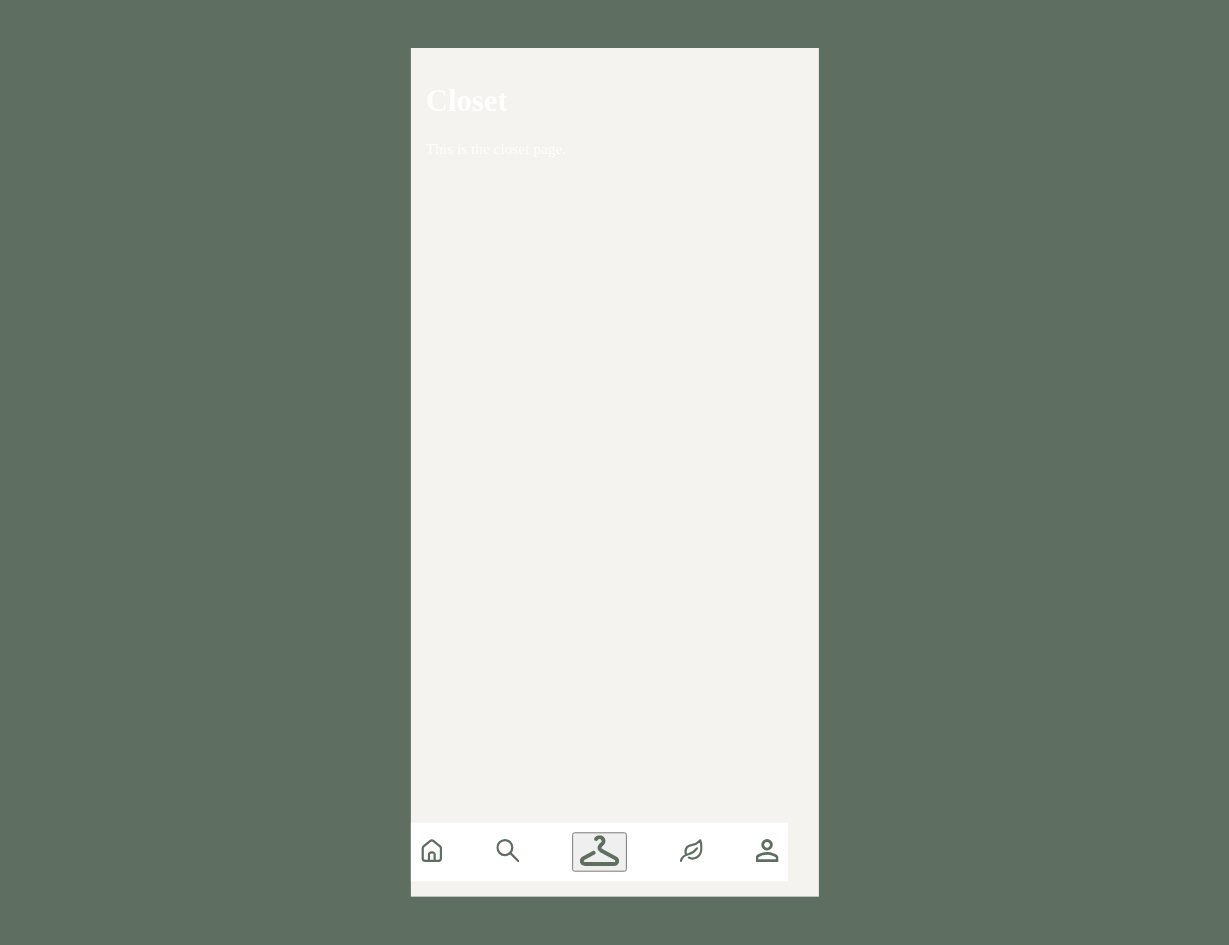
Repository: Strawb3rryjam/app-slotion
Page: /closet
These files come from the project's save history. The page is drawn as it stood at one moment and after the next save; the edit follows.
The browser window is 1280 px wide. The pictures show the whole page, at 96% of full size.
The project was rebuilt for these pictures with package versions that can differ from the ones it lists, and the page was loaded fresh each time. Also part of the build but not shown: vite.config.js, src/App.css, src/css/closetPageButton.module.css. Imported but missing from the stored project, and not drawn on this page: src/pages/Home.

Above is the page before, as saved 2025-05-07 13:15:45.

### src/main.jsx
import { StrictMode } from 'react'
import { createRoot } from 'react-dom/client'
import './index.css'

import { BrowserRouter } from 'react-router-dom'
import App from './App.jsx'

createRoot(document.getElementById('root')).render(
  <StrictMode>
    <BrowserRouter>
      <App />
    </BrowserRouter>
  </StrictMode>
)

### src/index.css
:root {
  color: rgba(255, 255, 255, 0.87);
}

body {
  width: 393px;
  min-height: 852px;
  padding: 16px;
  margin: 0 auto;
  margin-top: 50px;
  margin-bottom: 50px;
  background-color: #F5F3EF;
  position: relative;

}

html {
  background-color: #5E6F62;
}

### src/App.jsx
import './App.css'
import Home from './pages/Home'
import Closet from './pages/Closet'
import {Routes, Route} from 'react-router-dom'
import NavBar from './components/NavBar'


function App() {
  return (
    <div>
      <NavBar />
      <main className = "main-content">
        <Routes>
          <Route path = "/" element = {<Home />} />
          <Route path = "/closet" element = {<Closet />} />

        </Routes>
      </main>
    </div>

  )
}

export default App

### src/pages/Closet.jsx

function Closet() {
  return (
    <div>
      <h1>Closet</h1>
      <p>This is the closet page.</p>
    </div>
  );
}

export default Closet;

### src/components/NavBar.jsx
import { Link } from "react-router-dom";
import styles from "../css/NavBar.module.css";  // Use this to import styles

/*images*/
import homeIcon from "../assets/Home.svg";
import searchIcon from "../assets/search.svg";
import closetIcon from "../assets/Hanger.svg";
import tipsIcon from "../assets/leaf.svg";
import profileIcon from "../assets/Profile.svg";

/*component*/
import ClosetButton from "../components/closetPageButton";


function NavBar() {
    return (
        <nav className={styles.navbar}> {/* Use styles.navbar for CSS modules */}
            <div className={styles["navbar-links"]}> {/* Use styles for other classes */}
                <Link to="/" className={styles.Home}>
                    <img src={homeIcon} alt="Home" className={styles["nav-icon"]} />
                </Link>
                <Link to="/Search" className={styles.Search}>
                    <img src={searchIcon} alt="Search" className={styles["nav-icon"]} />
                </Link>

                <ClosetButton /> {/* Include the ClosetButton component here */}


                <Link to="/Tips" className={styles.Tips}>
                    <img src={tipsIcon} alt="Tips" className={styles["nav-icon"]} />
                </Link>
                <Link to="/Profile" className={styles.Profile}>
                    <img src={profileIcon} alt="Profile" className={styles["nav-icon"]} />
                </Link>

            </div>
        </nav>
    );
}

export default NavBar;

### src/css/NavBar.module.css
.navbar {
    background-color: white;
    padding: 10px 0;
    width: 393px;
    position: absolute;
    bottom: 16px;
    left: 0;
    display: flex;
    justify-content: center;  /* Align the navbar content centrally */
}

.navbar-links {
    display: flex;
    justify-content: space-between; /* Space out the icons evenly */
    align-items: center;
    width: 100%; /* Take up the full width of the navbar */
    padding: 0 10px; /* Add some padding to the sides */
  }

  .nav-icon {
    width: 24px;  /* Adjust icon size */
    height: 24px;
  }

### src/components/closetPageButton.jsx
import { useState } from "react";
import { Link } from "react-router-dom";
import styles from "../css/closetPageButton.module.css"; // ✅ Make sure file name matches

// Import icons
import closetNotActive from "../assets/Hanger.svg";
import closetActive from "../assets/HangerActive.svg";



export default function ClosetButton() {
    const [isActive, setIsActive] = useState(false);

    const handleClick = () => {
        setIsActive(!isActive);
    };

    return (
        <div className={styles.closetWrapper}>
            {isActive && (
                <div className={styles.dropdown}>
                    <Link to="/CreatePost" className={styles.dropdownOption}>Create Post</Link>
                    <Link to="/Closet" className={styles.dropdownOption}>View Closet</Link>
                </div>
            )}
            <button onClick={handleClick} className={styles.Closet}>
                <img
                    src={isActive ? closetActive : closetNotActive}
                    alt="Closet"
                    className={styles["nav-icon"]}
                />
            </button>
        </div>
    );
}

Loaded but not shown: index.html (common file)

After the next save:
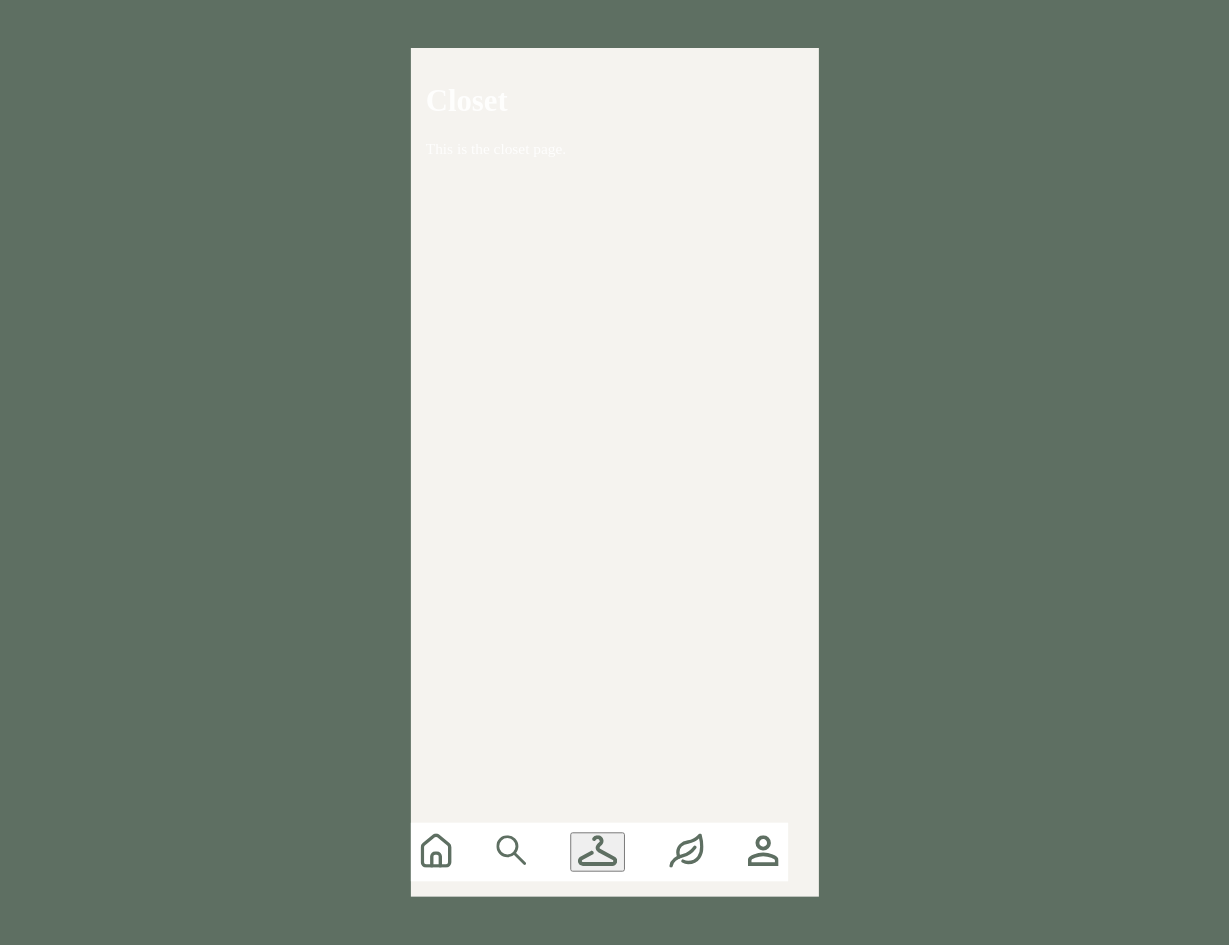
Saved 4 min 0 s later.
--- a/src/css/NavBar.module.css
+++ b/src/css/NavBar.module.css
@@ -17,7 +17,8 @@
     padding: 0 10px; /* Add some padding to the sides */
   }
 
-  .nav-icon {
-    width: 24px;  /* Adjust icon size */
-    height: 24px;
+
+  .home {
+    width: 28.444px;
+    height: 32px;
   }
